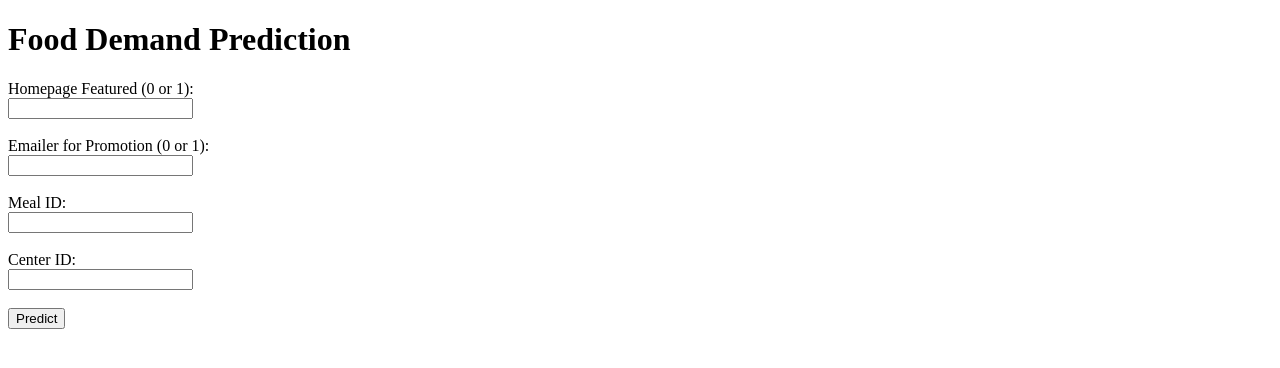
Repository: VishakhaSainani/food_demand_prediction
Page: templates/index.html
These files come from the project's save history. The page is drawn as it stood at one moment and after the next save; the edit follows.
The browser window is 1280 px wide. The pictures show the whole page.
The template is drawn by Flask 3. The application's start-up code is not run. Other server files are loaded and not shown. The template is opened directly, without the code that normally fills it, so the values that code supplies are empty.

Above is the page before, as saved 2024-04-25 02:39:43.

### templates/index.html
<!DOCTYPE html>
<html lang="en">
  <head>
    <meta charset="UTF-8" />
    <meta name="viewport" content="width=device-width, initial-scale=1.0" />
    <title>Food Demand Prediction</title>
  </head>
  <body>
    <h1>Food Demand Prediction</h1>
    <form id="prediction-form">
      <label for="homepage_featured">Homepage Featured (0 or 1):</label><br />
      <input
        type="number"
        id="homepage_featured"
        name="homepage_featured"
      /><br /><br />
      <label for="emailer_for_promotion">Emailer for Promotion (0 or 1):</label
      ><br />
      <input
        type="number"
        id="emailer_for_promotion"
        name="emailer_for_promotion"
      /><br /><br />
      <label for="meal_id">Meal ID:</label><br />
      <input type="number" id="meal_id" name="meal_id" /><br /><br />
      <label for="center_id">Center ID:</label><br />
      <input type="number" id="center_id" name="center_id" /><br /><br />
      <button type="submit">Predict</button>
    </form>
    <div id="prediction-result"></div>

    <script>
      document
        .getElementById("prediction-form")
        .addEventListener("submit", function (event) {
          event.preventDefault();
          const form = event.target;
          const data = {
            homepage_featured: form.homepage_featured.value || null,
            emailer_for_promotion: form.emailer_for_promotion.value || null,
            meal_id: form.meal_id.value || null,
            center_id: form.center_id.value || null,
          };
          fetch("/predict", {
            method: "POST",
            headers: {
              "Content-Type": "application/json",
            },
            body: JSON.stringify(data),
          })
            .then((response) => response.json())
            .then((result) => {
              document.getElementById(
                "prediction-result"
              ).innerText = `Predicted Orders: ${result.prediction}`;
            })
            .catch((error) => console.error("Error:", error));
        });
    </script>
  </body>
</html>

After the next save:
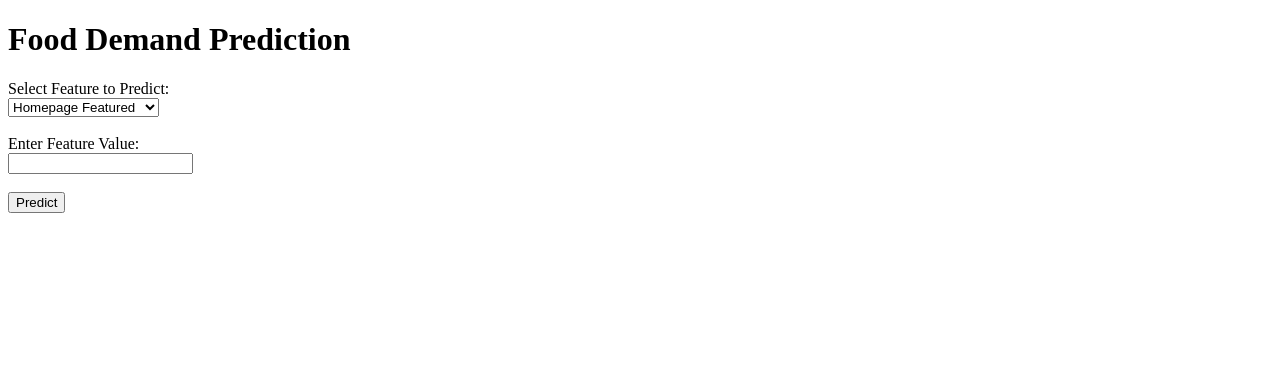
Saved 81 s later.
--- a/templates/index.html
+++ b/templates/index.html
@@ -8,23 +8,20 @@
   <body>
     <h1>Food Demand Prediction</h1>
     <form id="prediction-form">
-      <label for="homepage_featured">Homepage Featured (0 or 1):</label><br />
+      <label for="feature-selector">Select Feature to Predict:</label><br />
+      <select id="feature-selector" name="feature">
+        <option value="homepage_featured">Homepage Featured</option>
+        <option value="emailer_for_promotion">Emailer for Promotion</option>
+        <option value="meal_id">Meal ID</option>
+        <option value="center_id">Center ID</option></select
+      ><br /><br />
+      <label for="feature-value">Enter Feature Value:</label><br />
       <input
         type="number"
-        id="homepage_featured"
-        name="homepage_featured"
+        id="feature-value"
+        name="value"
+        required
       /><br /><br />
-      <label for="emailer_for_promotion">Emailer for Promotion (0 or 1):</label
-      ><br />
-      <input
-        type="number"
-        id="emailer_for_promotion"
-        name="emailer_for_promotion"
-      /><br /><br />
-      <label for="meal_id">Meal ID:</label><br />
-      <input type="number" id="meal_id" name="meal_id" /><br /><br />
-      <label for="center_id">Center ID:</label><br />
-      <input type="number" id="center_id" name="center_id" /><br /><br />
       <button type="submit">Predict</button>
     </form>
     <div id="prediction-result"></div>
@@ -35,11 +32,10 @@
         .addEventListener("submit", function (event) {
           event.preventDefault();
           const form = event.target;
+          const feature = form.feature.value;
+          const value = form.value.value;
           const data = {
-            homepage_featured: form.homepage_featured.value || null,
-            emailer_for_promotion: form.emailer_for_promotion.value || null,
-            meal_id: form.meal_id.value || null,
-            center_id: form.center_id.value || null,
+            [feature]: value,
           };
           fetch("/predict", {
             method: "POST",
